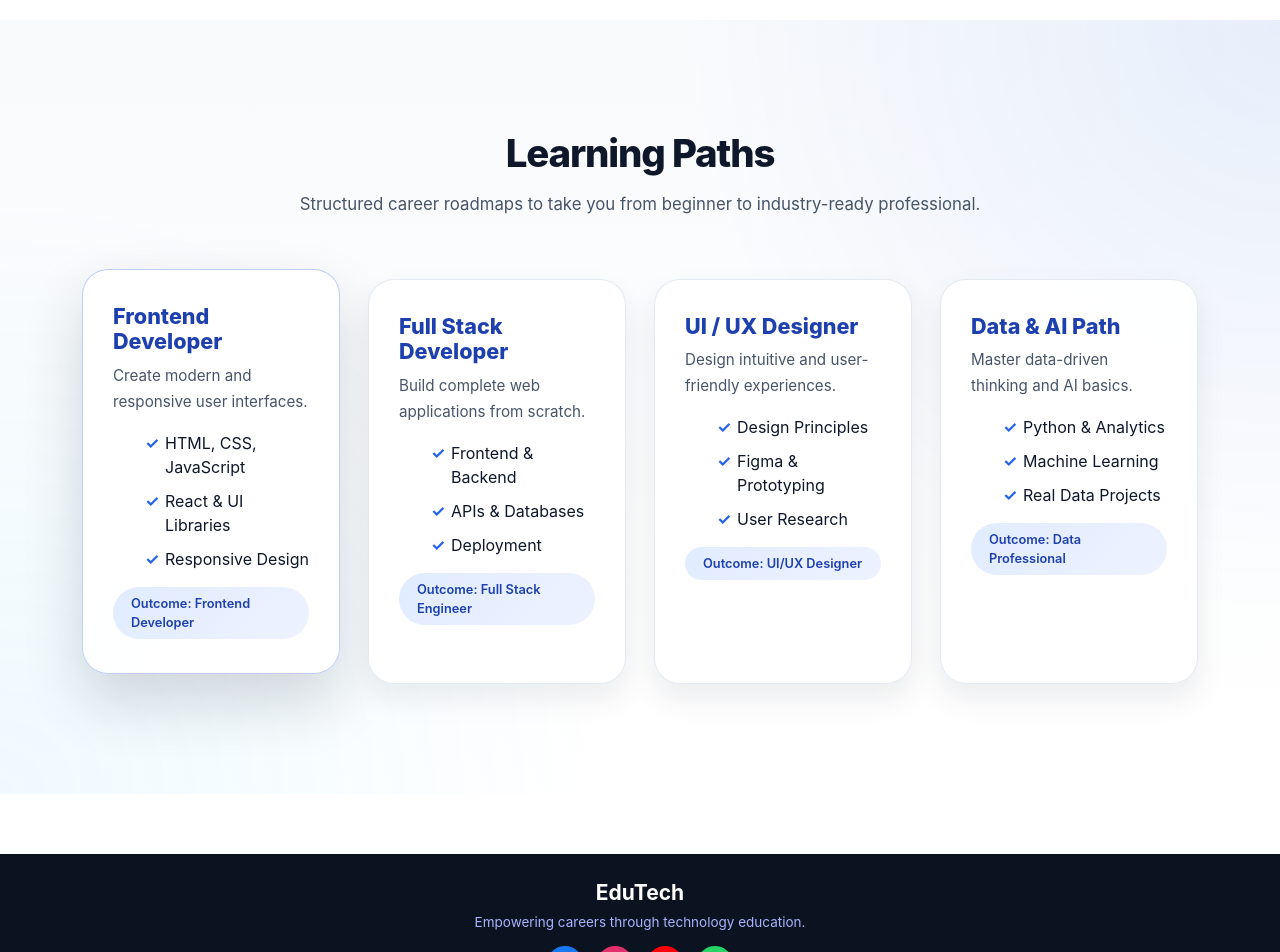
Repository: Aswin74k/project-2
Page: /
These files come from the project's save history. The page is drawn as it stood at one moment and after the next save; the edit follows.
The browser window is 1280 px wide. The pictures show the part of the page from y = 2102 to 3054 px (the page is 3135 px tall).
The pointer rests on the first visible `.path-card`.
The project was rebuilt for these pictures with package versions that can differ from the ones it lists, and the page was loaded fresh each time. Also part of the build but not shown: vite.config.js, src/project/course.css, src/project/Course.jsx, src/project/About.css, src/project/About.jsx, src/project/Enroll.css, src/project/Enroll.jsx, src/project/contact.css and 2 more.

Above is the page before, as saved 2025-12-25 19:12:18.

### src/main.jsx
import React from "react";
import ReactDOM from "react-dom/client";
import { BrowserRouter } from "react-router-dom";
import App from "./project/App";
import { AuthProvider } from "./context/AuthContext"; // ✅ ADD THIS
import "bootstrap/dist/css/bootstrap.min.css";

ReactDOM.createRoot(document.getElementById("root")).render(
  <React.StrictMode>
    <BrowserRouter>
      <AuthProvider>
        <App />
      </AuthProvider>
    </BrowserRouter>
  </React.StrictMode>
);

### src/project/App.jsx
import React from "react";
import { Routes, Route } from "react-router-dom";

import EduNavbar from "./EduNavbar";
import Home from "./Home";
import Course from "./Course";
import About from "./About";
import Enroll from "./Enroll";
import Contact from "./Contact";
import ProtectedRoute from "./ProtectedRoute";

export default function App() {
  return (
    <>
      <EduNavbar />

      <Routes>
        <Route path="/" element={<Home />} />
        <Route path="/courses/:id" element={<Course />} />
        <Route path="/about" element={<About />} />
        <Route path="/Contact" element={<Contact />} />


        <Route
          path="/enroll"
          element={
            <ProtectedRoute>
              <Enroll />
            </ProtectedRoute>
          }
        />
      </Routes>

    </>
  );
}

### src/context/AuthContext.jsx
import { createContext, useContext, useState, useEffect } from "react";

const AuthContext = createContext();

export function AuthProvider({ children }) {
  const [user, setUser] = useState(null);
  const [loading, setLoading] = useState(true);

  useEffect(() => {
    const savedUser = JSON.parse(
      localStorage.getItem("loggedInUser")
    );
    if (savedUser) setUser(savedUser);
    setLoading(false);
  }, []);

  const login = (email, password) => {
    const users =
      JSON.parse(localStorage.getItem("registeredUsers")) || [];

    const foundUser = users.find(
      (u) => u.email === email && u.password === password
    );

    if (!foundUser) {
      return { success: false, message: "Invalid email or password" };
    }

    localStorage.setItem(
      "loggedInUser",
      JSON.stringify(foundUser)
    );
    setUser(foundUser);

    return {
      success: true,
      message: `Welcome back, ${foundUser.firstName}`,
    };
  };

  const signup = (data) => {
    const users =
      JSON.parse(localStorage.getItem("registeredUsers")) || [];

    if (users.some((u) => u.email === data.email)) {
      return {
        success: false,
        message: "User already exists with this email!",
      };
    }

    users.push(data);
    localStorage.setItem(
      "registeredUsers",
      JSON.stringify(users)
    );

    localStorage.setItem(
      "loggedInUser",
      JSON.stringify(data)
    );
    setUser(data);

    return {
      success: true,
      message: "Account created successfully",
    };
  };

  const logout = () => {
    localStorage.removeItem("loggedInUser");
    setUser(null);
  };

  return (
    <AuthContext.Provider
      value={{ user, login, signup, logout, loading }}
    >
      {children}
    </AuthContext.Provider>
  );
}

export const useAuth = () => useContext(AuthContext);

### src/project/Home.jsx
import React from "react";
import { Container, Row, Col, Card } from "react-bootstrap";
import { Link } from "react-router-dom";
import {
  FaGraduationCap,
  FaUsers,
  FaChalkboardTeacher,
  FaBriefcase,
  FaStar,
  FaFacebookF,
  FaInstagram,
  FaYoutube,
  FaWhatsapp
} from "react-icons/fa";
import "./Home.css";

export default function Home() {
  const courses = [
    {
      id: "fullstack",
      title: "Full Stack Development",
      level: "Beginner",
      duration: "6 Months",
      rating: "4.8",
      img: "https://encrypted-tbn0.gstatic.com/images?q=tbn:ANd9GcQPaNXGBezXv5c0v_XSQ6pqOScRBb2ShM3IWg&s",
    },
    {
      id: "mern",
      title: "MERN Stack Development",
      level: "Intermediate",
      duration: "5 Months",
      rating: "4.7",
      img: "https://images.prismic.io/loco-blogs/79328284-f97b-489f-924c-eb3b17e34b56_image2.png",
    },
    {
      id: "uiux",
      title: "UI / UX Design",
      level: "Beginner",
      duration: "4 Months",
      rating: "4.6",
      img: "https://www.almondsolutions.com/images/blog-ui-ux-150223.jpg",
    },
    {
      id: "datascience",
      title: "Data Science",
      level: "Advanced",
      duration: "6 Months",
      rating: "4.9",
      img: "https://bernardmarr.com/wp-content/uploads/2022/11/The-Top-5-Data-Science-And-Analytics-Trends-In-2023.jpg",
    },
    {
      id: "dataanalytics",
      title: "Data Analytics",
      level: "Beginner",
      duration: "4 Months",
      rating: "4.6",
      img: "https://blog.herzing.ca/hubfs/data%20analytics.jpg",
    },
    {
      id: "aiml",
      title: "AI & Machine Learning",
      level: "Advanced",
      duration: "6 Months",
      rating: "4.9",
      img: "https://www.jellyfishtechnologies.com/wp-content/uploads/2021/10/Artificial-Intelligence-versus-Machine-Learning.png",
    },
    {
      id: "cloud",
      title: "Cloud Computing",
      level: "Intermediate",
      duration: "4 Months",
      rating: "4.7",
      img: "https://bernardmarr.com/img/The%205%20Biggest%20Cloud%20Computing%20Trends%20In%202021.jpg",
    },
    {
      id: "devops",
      title: "DevOps Engineering",
      level: "Advanced",
      duration: "5 Months",
      rating: "4.8",
      img: "https://www.itrainu.in/wp-content/uploads/2021/03/DEVOPS-1.jpg",
    },
  ];

  return (
    <div className="home">

      {/* HERO */}
      <section className="hero-section">
        <Container>
          <div className="hero-content">
            <h1>
              Learn Future-Ready Skills with <span>EduTech</span>
            </h1>
            <p>
              Industry-aligned courses, real-world projects, and expert mentors
              to accelerate your career.
            </p>

            <div className="hero-actions">
              <Link to="/about" className="btn btn-outline-light btn-lg">
                Learn More
              </Link>
            </div>
          </div>
        </Container>
      </section>

      {/* STATS */}
      <section className="stats-section">
        <Container>
          <Row className="g-4">
            <Col md={3}><div className="stat-box"><FaUsers /><h3>25K+</h3><p>Learners</p></div></Col>
            <Col md={3}><div className="stat-box"><FaGraduationCap /><h3>8+</h3><p>Courses</p></div></Col>
            <Col md={3}><div className="stat-box"><FaChalkboardTeacher /><h3>50+</h3><p>Mentors</p></div></Col>
            <Col md={3}><div className="stat-box"><FaBriefcase /><h3>100+</h3><p>Projects</p></div></Col>
          </Row>
        </Container>
      </section>

      {/* COURSES */}
      <section className="courses-section">
        <Container>
          <h2 className="section-title">Popular Courses</h2>
          <Row>
            {courses.map((course) => (
              <Col lg={3} md={4} sm={6} key={course.id} className="mb-4">
                <Card className="course-card h-100">
                  <Card.Img src={course.img} className="course-img" />
                  <Card.Body>
                    <Card.Title>{course.title}</Card.Title>
                    <div className="course-meta">
                      <span>{course.level}</span>
                      <span>{course.duration}</span>
                    </div>
                    <div className="course-rating">
                      <FaStar /> {course.rating}
                    </div>
                    <Link to={`/courses/${course.id}`} className="btn btn-outline-primary w-100 mt-3">
                      View Details
                    </Link>
                  </Card.Body>
                </Card>
              </Col>
            ))}
          </Row>
        </Container>
      </section>
{/* LEARNING PATHS */}
<section className="paths-section">
  <div className="container">
    <h2 className="section-title">Learning Paths</h2>
    <p className="section-subtitle">
      Structured career roadmaps to take you from beginner to industry-ready professional.
    </p>

    <div className="paths-grid">
      <div className="path-card">
        <h4>Frontend Developer</h4>
        <p>Create modern and responsive user interfaces.</p>

        <ul>
          <li>HTML, CSS, JavaScript</li>
          <li>React & UI Libraries</li>
          <li>Responsive Design</li>
        </ul>

        <div className="path-outcome">Outcome: Frontend Developer</div>
      </div>

      <div className="path-card">
        <h4>Full Stack Developer</h4>
        <p>Build complete web applications from scratch.</p>

        <ul>
          <li>Frontend & Backend</li>
          <li>APIs & Databases</li>
          <li>Deployment</li>
        </ul>

        <div className="path-outcome">Outcome: Full Stack Engineer</div>
      </div>

      <div className="path-card">
        <h4>UI / UX Designer</h4>
        <p>Design intuitive and user-friendly experiences.</p>

        <ul>
          <li>Design Principles</li>
          <li>Figma & Prototyping</li>
          <li>User Research</li>
        </ul>

        <div className="path-outcome">Outcome: UI/UX Designer</div>
      </div>

      <div className="path-card">
        <h4>Data & AI Path</h4>
        <p>Master data-driven thinking and AI basics.</p>

        <ul>
          <li>Python & Analytics</li>
          <li>Machine Learning</li>
          <li>Real Data Projects</li>
        </ul>

        <div className="path-outcome">Outcome: Data Professional</div>
      </div>
    </div>
  </div>
</section>



      {/* FOOTER */}
      <footer className="footer">
        <Container className="text-center">
          <h3 className="footer-logo">EduTech</h3>
          <p className="footer-tagline">
            Empowering careers through technology education.
          </p>

          <div className="footer-social">
            <a className="fb"><FaFacebookF /></a>
            <a className="ig"><FaInstagram /></a>
            <a className="yt"><FaYoutube /></a>
            <a className="wa"><FaWhatsapp /></a>
          </div>

          <p className="copy">© 2025 EduTech. All rights reserved.</p>
        </Container>
      </footer>

    </div>
  );
}

### src/project/Navbar.css
/* ================= ROOT VARIABLES ================= */
:root {
  --primary: #111827;
  --primary-soft: rgba(17, 24, 39, 0.08);
  --danger: #ef4444;
  --success: #22c55e;

  --text-dark: #000000;
  --text-muted: #6b7280;

  --border-light: #e5e7eb;
  --bg-white: #ffffff;
}

/* ================= NAVBAR ================= */
.navbar {
  background: var(--bg-white);
  padding: 14px 0;
  border-bottom: 1px solid var(--border-light);
  transition: all 0.3s ease;
  z-index: 1000;
}

.navbar-scrolled {
  box-shadow: 0 10px 30px rgba(0, 0, 0, 0.08);
}

/* ================= BRAND ================= */
.navbar-brand {
  font-size: 1.8rem;
  font-weight: 900;
  letter-spacing: -0.5px;

  /* Gradient brand text */
  background: linear-gradient(
    90deg,
    #2563eb,
    #38bdf8
  );
  -webkit-background-clip: text;
  -webkit-text-fill-color: transparent;

  display: flex;
  align-items: center;
  gap: 8px;

  transition: all 0.3s ease;
}

/* Optional hover (subtle, classy) */
.navbar-brand:hover {
  transform: translateY(-1px);
  filter: brightness(1.1);
}


/* ================= NAV LINKS ================= */
.navbar-nav .nav-link {
  color: var(--text-dark) !important;
  font-weight: 600;
  font-size: 0.95rem;
  padding: 8px 14px;
  position: relative;
}

.navbar-nav .nav-link::after {
  content: "";
  position: absolute;
  left: 50%;
  bottom: 2px;
  width: 0;
  height: 2px;
  background: var(--text-dark);
  transform: translateX(-50%);
  transition: width 0.3s ease;
}

.navbar-nav .nav-link:hover::after {
  width: 70%;
}

/* ================= SEARCH ================= */
.custom-search {
  position: relative;
  width: 210px;
}

.custom-search input {
  width: 100%;
  padding: 10px 42px 10px 16px;
  border-radius: 999px;
  border: 1px solid var(--border-light);
  background: #e4e5e6;
  font-size: 0.9rem;
}

.custom-search svg {
  position: absolute;
  right: 14px;
  top: 50%;
  transform: translateY(-50%);
  color: var(--text-muted);
}

/* ================= USER ================= */
.username {
  background: var(--primary-soft);
  color: var(--text-dark);
  padding: 6px 14px;
  border-radius: 999px;
  font-size: 0.85rem;
  font-weight: 600;
}

.user-icon {
  font-size: 22px;
  color: var(--text-dark);
  cursor: pointer;
}

/* ================= LOGOUT ICON ================= */
.logout-icon {
  font-size: 24px;
  color: var(--text-dark);
  cursor: pointer;
}

.logout-icon:hover {
  color: var(--danger);
}

/* ================= MODALS ================= */
.modal-content {
  border-radius: 22px;
  border: none;
  box-shadow: 0 30px 90px rgba(0, 0, 0, 0.25);
  padding: 20px;
}

.modal-header {
  border-bottom: 1px solid var(--border-light);
}

.modal-title {
  font-weight: 700;
}

.modal-body {
  padding: 28px 32px 32px;
}

/* ================= AUTH INPUT (IMAGE MATCHED) ================= */
.auth-input {
  width: 100%;
  height: 56px;
  border-radius: 16px;
  border: 1.5px solid #d1d5db;
  padding: 14px 18px;
  font-size: 1rem;
  margin-bottom: 18px;
  background: #ffffff;
}

.auth-input:focus {
  outline: none;
  border-color: #6366f1;
  box-shadow: 0 0 0 2px rgba(99, 102, 241, 0.25);
}

/* ================= PASSWORD ================= */
.password-wrapper {
  position: relative;
}

.password-wrapper span {
  position: absolute;
  right: 18px;
  top: 40%;
  transform: translateY(-50%);
  font-size: 18px;
  color: var(--text-muted);
  cursor: pointer;
}

/* ================= NAME ROW (SIGNUP) ================= */
.name-row {
  display: grid;
  grid-template-columns: 1fr 1fr;
  gap: 18px;
  margin-bottom: 18px;
}

/* ================= AUTH BUTTON ================= */
.auth-btn {
  width: 100%;
  height: 56px;
  border-radius: 16px;
  background: var(--text-dark);
  border: none;
  color: #fff;
  font-size: 1.05rem;
  font-weight: 600;
  margin-top: 8px;
}

.auth-btn:hover {
  opacity: 0.9;
}

/* ================= AUTH FOOTER ================= */
.auth-footer {
  margin-top: 16px;
  text-align: center;
  font-size: 0.9rem;
  color: var(--text-muted);
}

.auth-footer span {
  color: var(--text-dark);
  font-weight: 600;
  cursor: pointer;
}

/* ================= LOGOUT MODAL ================= */
.logout-modal .logout-icon-wrapper {
  width: 64px;
  height: 64px;
  background: rgba(0, 0, 0, 0.08);
  color: var(--danger);
  border-radius: 50%;
  display: flex;
  align-items: center;
  justify-content: center;
  font-size: 28px;
  margin: 0 auto 16px;
}

.logout-actions {
  display: flex;
  gap: 14px;
  justify-content: center;
}

.logout-cancel {
  padding: 10px 22px;
  border-radius: 14px;
  border: 2px solid var(--text-dark);
  background: transparent;
  font-weight: 600;
}

.logout-confirm {
  padding: 10px 22px;
  border-radius: 14px;
  background: var(--danger);
  border: none;
  color: #fff;
  font-weight: 600;
}

/* ================= MOBILE ================= */
@media (max-width: 768px) {
  .navbar-collapse {
    background: #ffffff;
    padding: 18px;
    border-radius: 16px;
    margin-top: 10px;
  }

  .custom-search {
    width: 100%;
    margin-top: 12px;
  }

  .name-row {
    grid-template-columns: 1fr;
  }
}

/* ================= AUTH MESSAGES (FINAL POLISH) ================= */
.modal-message {
  padding: 14px 18px;
  border-radius: 14px;
  font-size: 0.9rem;
  font-weight: 600;
  text-align: center;
  margin-bottom: 18px;
  line-height: 1.4;
  animation: messageFade 0.25s ease-in-out;
}

/* SUCCESS */
.modal-message.success {
  background: rgba(34, 197, 94, 0.14);
  color: #15803d;
  border: 1.5px solid rgba(34, 197, 94, 0.35);
}

/* ERROR */
.modal-message.error {
  background: rgba(239, 68, 68, 0.14);
  color: #b91c1c;
  border: 1.5px solid rgba(239, 68, 68, 0.35);
}

/* subtle animation */
@keyframes messageFade {
  from {
    opacity: 0;
    transform: translateY(-6px);
  }
  to {
    opacity: 1;
    transform: translateY(0);
  }
}

### src/project/Home.css
/* =========================
   DESIGN TOKENS
========================= */
:root {
  --primary: #2563eb;
  --primary-dark: #1e40af;
  --accent: #38bdf8;
  --text-main: #0f172a;
  --text-muted: #475569;
  --bg-light: #f8fafc;
  --glass: rgba(255, 255, 255, 0.92);
  --radius-lg: 24px;
  --radius-md: 16px;
  --shadow-soft: 0 14px 30px rgba(15, 23, 42, 0.08);
  --shadow-strong: 0 28px 60px rgba(15, 23, 42, 0.16);
}

/* =========================
   BASE
========================= */
.home {
  font-family: "Inter", "Segoe UI", system-ui, sans-serif;
  color: var(--text-main);
  background: #ffffff;
  overflow-x: hidden;
}

/* =========================
   SECTION HEADINGS
========================= */
.section-title {
  text-align: center;
  font-size: clamp(2.1rem, 3vw, 2.6rem);
  font-weight: 800;
  letter-spacing: -0.03em;
  margin-bottom: 14px;
}

.section-subtitle {
  text-align: center;
  max-width: 720px;
  margin: 0 auto 60px;
  font-size: 1.05rem;
  color: var(--text-muted);
  line-height: 1.7;
}

/* =========================
   HERO SECTION
========================= */
.hero-section {
  min-height: 95vh;
  background:
    linear-gradient(120deg, rgba(15, 23, 42, 0.92), rgba(15, 23, 42, 0.85)),
    url("https://images.unsplash.com/photo-1523240795612-9a054b0db644");
  background-size: cover;
  background-position: center;
  display: flex;
  align-items: center;
}

.hero-content {
  max-width: 860px;
  margin: auto;
  text-align: center;
  color: #ffffff;
}

.hero-content h1 {
  font-size: clamp(2.5rem, 4vw, 3.4rem);
  font-weight: 900;
  line-height: 1.15;
  margin-bottom: 22px;
}

.hero-content span {
  background: linear-gradient(90deg, var(--accent), var(--primary));
  -webkit-background-clip: text;
  -webkit-text-fill-color: transparent;
}

.hero-content p {
  font-size: 1.12rem;
  line-height: 1.8;
  color: #e5e7eb;
  margin-bottom: 40px;
}

.hero-actions {
  display: flex;
  justify-content: center;
  gap: 20px;
}

.hero-actions .btn {
  padding: 13px 34px;
  font-size: 16px;
  border-radius: 999px;
  font-weight: 600;
  transition: all 0.35s ease;
}

.hero-actions .btn-primary {
  background: linear-gradient(135deg, var(--primary), var(--accent));
  border: none;
}

.hero-actions .btn-primary:hover {
  transform: translateY(-2px);
  box-shadow: var(--shadow-soft);
}

.hero-actions .btn-outline-light:hover {
  background: rgba(255, 255, 255, 0.12);
}

/* =========================
   STATS SECTION
========================= */
.stats-section {
  padding: 80px 0;
  background: linear-gradient(180deg, #f8fafc, #ffffff);
}

.stat-box {
  background: #ffffff;
  border-radius: 18px;
  padding: 34px 20px;
  text-align: center;
  box-shadow: var(--shadow-soft);
  transition: all 0.35s ease;
  height: 100%;
}

.stat-box:hover {
  box-shadow: var(--shadow-strong);
}

.stat-box svg {
  font-size: 40px;
  color: var(--primary);
  margin-bottom: 14px;
}

.stat-box h3 {
  font-size: 32px;
  font-weight: 800;
  margin-bottom: 4px;
}

.stat-box p {
  font-size: 14.5px;
  color: var(--text-muted);
}

/* =========================
   COURSES
========================= */
.courses-section {
  padding: 100px 0;
}

.course-card {
  border-radius: var(--radius-lg);
  overflow: hidden;
  background: #ffffff;
  box-shadow: var(--shadow-soft);
  transition: all 0.35s ease;
}

.course-card:hover {
  box-shadow: var(--shadow-strong);
}

.course-img {
  height: 185px;
  object-fit: cover;
}

.course-card .card-body {
  padding: 24px;
}

.course-card .card-title {
  font-size: 17px;
  font-weight: 700;
  margin-bottom: 8px;
}

.course-meta {
  display: flex;
  justify-content: space-between;
  font-size: 13.5px;
  color: #64748b;
  margin-bottom: 12px;
}

.course-rating {
  display: flex;
  align-items: center;
  gap: 6px;
  color: hsl(48, 96%, 53%);
}

.course-card .btn {
  border-radius: 999px;
  font-weight: 600;
}

/* =========================
   CAREER PATHS
========================= */
.paths-section {
  padding: 110px 0;
  background:
    radial-gradient(circle at top right, rgba(37, 99, 235, 0.08), transparent 40%),
    radial-gradient(circle at bottom left, rgba(56, 189, 248, 0.08), transparent 40%),
    linear-gradient(180deg, #f8fafc, #ffffff);
}

.paths-grid {
  display: grid;
  grid-template-columns: repeat(4, 1fr);
  gap: 28px;
}

.path-card {
  background: var(--glass);
  border-radius: 26px;
  padding: 34px 30px;
  box-shadow: var(--shadow-soft);
  backdrop-filter: blur(14px);
  border: 1px solid rgba(226, 232, 240, 0.9);
  transition: all 0.35s ease;
}

.path-card:hover {
  transform: translateY(-10px);
  box-shadow: var(--shadow-strong);
  border-color: rgba(37, 99, 235, 0.3);
}

.path-card h4 {
  font-size: 1.35rem;
  font-weight: 800;
  color: var(--primary-dark);
}

.path-card p {
  font-size: 0.95rem;
  color: var(--text-muted);
  line-height: 1.7;
}

.path-card ul li {
  list-style: none;
  margin-bottom: 10px;
  padding-left: 20px;
  position: relative;
}

.path-card ul li::before {
  content: "✓";
  position: absolute;
  left: 0;
  color: var(--primary);
  font-weight: 700;
}

.path-outcome {
  margin-top: 16px;
  padding: 7px 18px;
  border-radius: 999px;
  font-size: 0.8rem;
  font-weight: 600;
  background: linear-gradient(135deg, #e0ecff, #eef2ff);
  color: var(--primary-dark);
}

/* =========================
   FOOTER (POLISHED & COMPACT)
========================= */
.footer {
  background: #0b1220;
  color: #cfd8ff;
  padding: 26px 0 18px;
  margin-top: 60px;
}

.footer-logo {
  font-size: 21px;
  font-weight: 700;
  color: #ffffff;
  margin-bottom: 6px;
}

.footer-tagline {
  font-size: 13.5px;
  color: #aab4ff;
  margin-bottom: 14px;
}

.footer-social {
  display: flex;
  justify-content: center;
  gap: 14px;
  margin-bottom: 14px;
}

.footer-social a {
  width: 36px;
  height: 36px;
  border-radius: 50%;
  display: flex;
  align-items: center;
  justify-content: center;
  color: #ffffff;
  font-size: 15px;
  transition: all 0.3s ease;
}

.footer-social .fb { background: #1877f2; }
.footer-social .ig { background: #e1306c; }
.footer-social .yt { background: #ff0000; }
.footer-social .wa { background: #25d366; }

.footer-social a:hover {
  transform: translateY(-2px);
  filter: brightness(1.15);
}

.copy {
  font-size: 12.5px;
  color: #9aa4ff;
  margin: 0;
}

/* =========================
   RESPONSIVE
========================= */
@media (max-width: 1200px) {
  .paths-grid { grid-template-columns: repeat(3, 1fr); }
}

@media (max-width: 992px) {
  .paths-grid { grid-template-columns: repeat(2, 1fr); }
}

@media (max-width: 576px) {
  .paths-grid { grid-template-columns: 1fr; }
  .hero-actions { flex-direction: column; }
}

Loaded but not shown: index.html (common file); src/project/EduNavbar.jsx (341 lines, source omitted)

After the next save:
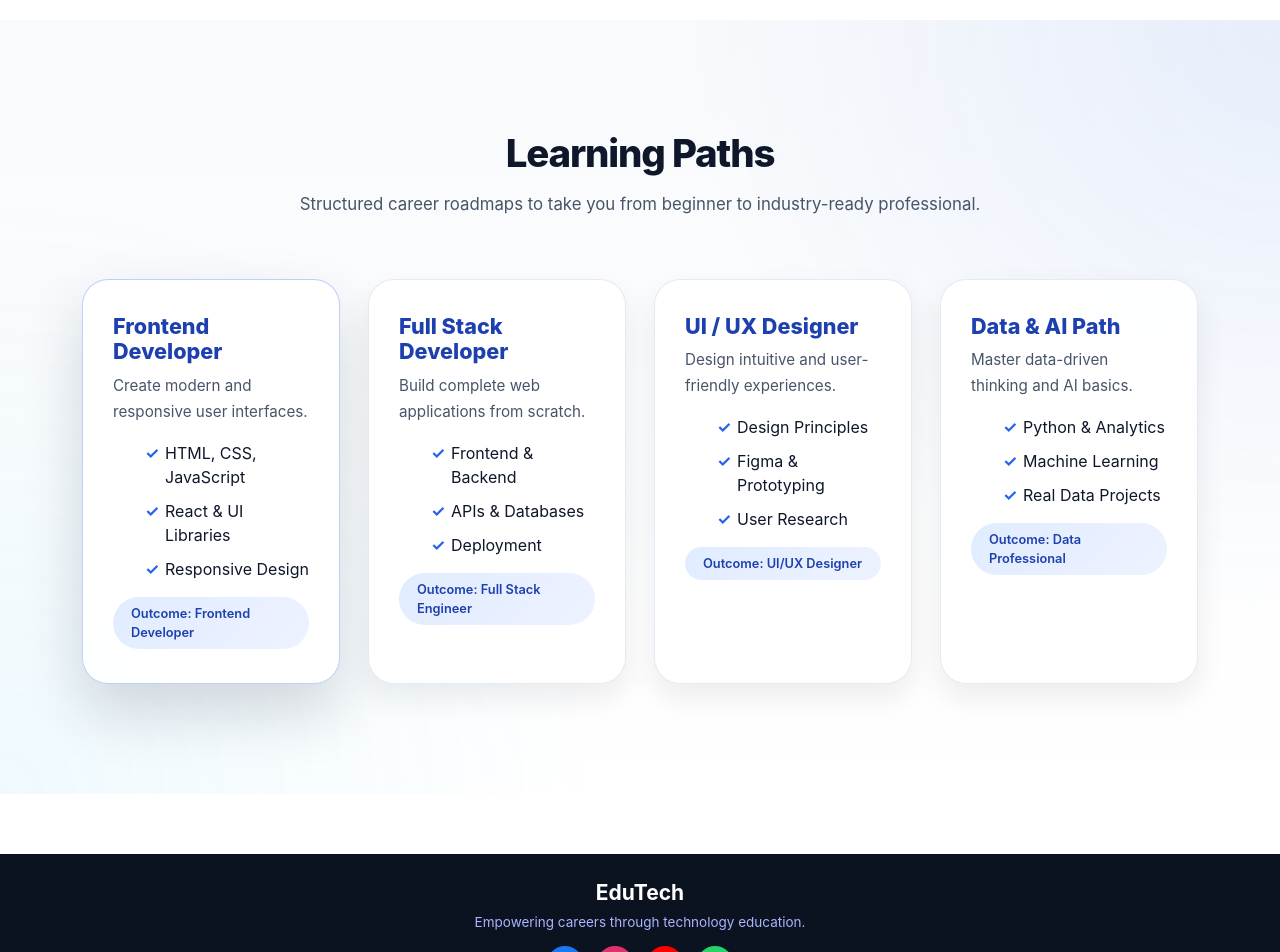
Saved 35 s later.
--- a/src/project/Home.css
+++ b/src/project/Home.css
@@ -235,7 +235,6 @@
 }
 
 .path-card:hover {
-  transform: translateY(-10px);
   box-shadow: var(--shadow-strong);
   border-color: rgba(37, 99, 235, 0.3);
 }
